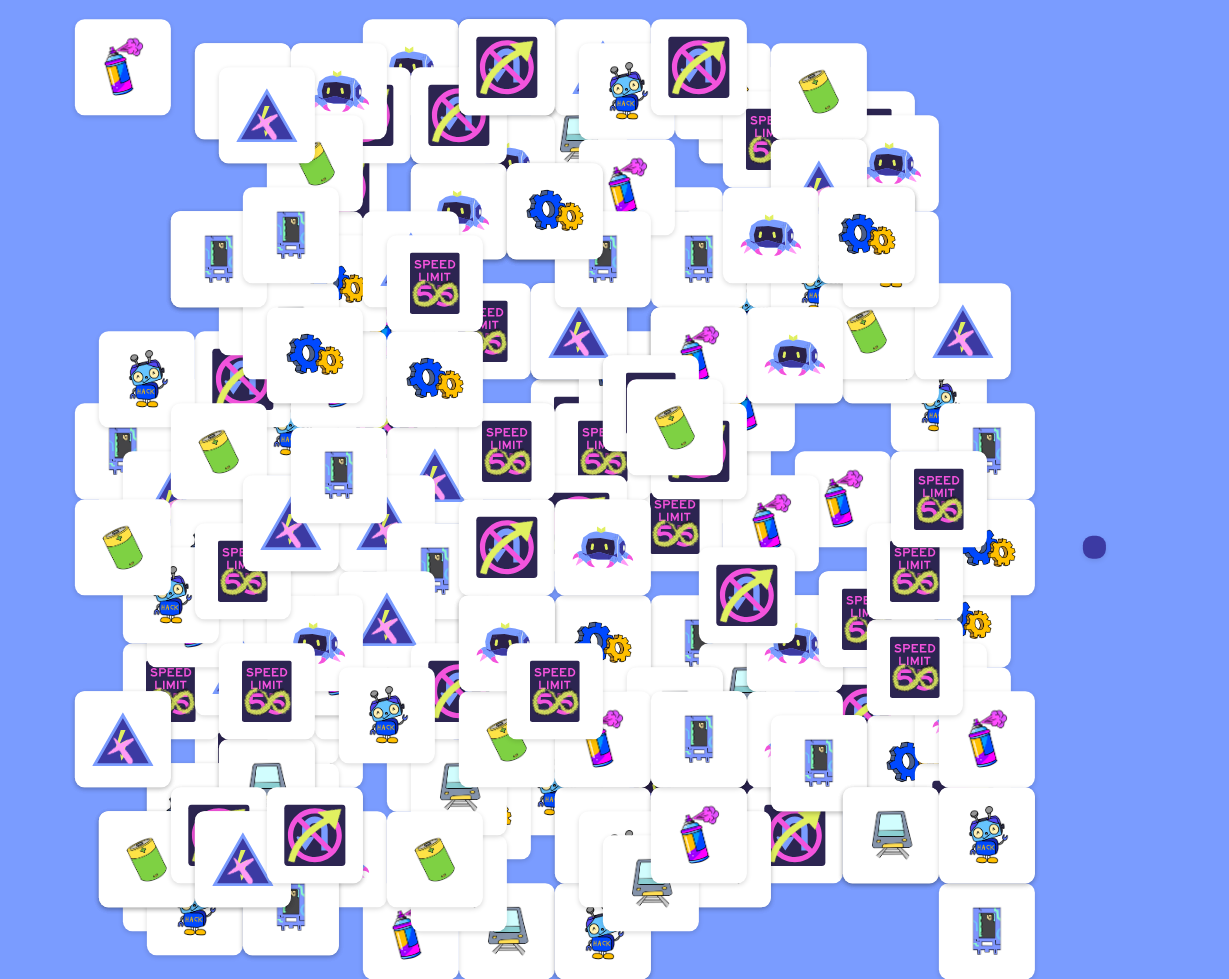
Repository: Avril-Cui/hack-puzzle
Page: / (app in client/)
These files come from the project's save history. The page is drawn as it stood at one moment and after the next save; the edit follows.
The browser window is 1280 px wide. The pictures show the whole page, at 96% of full size.
The project was rebuilt for these pictures with package versions that can differ from the ones it lists, and the page was loaded fresh each time. The framework's server and built-in components were replaced by stand-ins that run in the browser. Also part of the build but not shown: client/next.config.ts.

Above is the page before, as saved 2025-06-11 19:45:06.

### client/app/page.tsx
import Game from "../components/Game";

export default function Home() {
  return (
    <div>
      <Game />
    </div>
  );
}

### client/app/globals.css
@import "tailwindcss";

:root {
  --background: #7A9CFF;
}

@theme inline {
  --color-background: var(--background);
  --color-foreground: var(--foreground);
  --font-sans: var(--font-geist-sans);
  --font-mono: var(--font-geist-mono);
}

@media (prefers-color-scheme: dark) {
  :root {
    --background: #7A9CFF;
  }
}

body {
  background: var(--background);
  color: var(--foreground);
  font-family: Arial, Helvetica, sans-serif;
}

### client/components/Game.tsx
"use client";
import React, { useEffect, useState } from "react";
import styles from "./Game.module.css";

interface Tile {
  id: string;
  x: number;
  y: number;
  z: number;
  status: number;
  isCover: boolean;
  iconName: string;
}

const CELL_SIZE = 100;
const ICONS = ["🍀", "🌈", "⚙️", "🐏", "🐯", "🐤", "📚", "🧠", "💻", "🐼"];

const PuzzleGame: React.FC = () => {
  const [tiles, setTiles] = useState<Tile[]>([]);
  const [queue, setQueue] = useState<Tile[]>([]);

  useEffect(() => {
    fetch("/scene.json")
      .then((res) => res.json())
      .then((data) => {
        setTiles(data);
      });
  }, []);

  const handleClick = (tile: Tile) => {
    if (tile.isCover || tile.status !== 0 || queue.length >= 7) return;
    setQueue((prev) => [...prev, tile]);
    setTiles((prev) =>
      prev.map((t) => (t.id === tile.id ? { ...t, status: 1 } : t))
    );
  };

  const getEmoji = (iconName: string): string => {
    const index = parseInt(iconName.replace("icon_", ""));
    return ICONS[index] || "❓";
  };

  const getIconPath = (iconName: string): string => {
    const extMap: Record<string, string> = {
      icons0: "svg",
      icons1: "png",
      icons2: "png",
      icons3: "png",
      icons4: "svg",
      icons5: "jpg",
      icons6: "jpg",
      icons7: "jpg",
      icons8: "svg",
      icons9: "svg",
    };
    const ext = extMap[iconName] || "png";
    return `/icons/${iconName}.${ext}`;
  };

  return (
    <div className={styles.gameContainer}>
      <div className={styles.tileBoard}>
        {tiles.map((tile) => (
          <div
            key={tile.id}
            className={`${styles.tile} ${tile.isCover ? styles.covered : ""}`}
            style={{
              left: tile.x,
              top: tile.y,
              zIndex: tile.z,
            }}
            onClick={() => handleClick(tile)}
          >
            <div
              className={styles.tileInner}
              style={{ opacity: tile.status < 2 ? 1 : 0 }}
            >
              <img
                src={getIconPath(tile.iconName)}
                alt={tile.iconName}
                className={styles.tileInner}
                style={{ opacity: tile.status < 2 ? 1 : 0 }}
              />
            </div>
          </div>
        ))}
      </div>

      <div className={styles.queueBar}>
        {queue.map((tile) => (
          <div key={tile.id} className={styles.queueTile}>
            <img
              src={getIconPath(tile.iconName)}
              alt={tile.iconName}
              className={styles.tileInner}
              style={{ opacity: tile.status < 2 ? 1 : 0 }}
            />
          </div>
        ))}
      </div>
    </div>
  );
};

export default PuzzleGame;

### client/components/Game.module.css
.gameContainer {
  display: flex;
  justify-content: center;
  align-items: center;
  height: 100vh;
  margin-top: 10em;
}

.tileBoard {
  position: relative;
  width: 1000px;
  height: 900px;
  background-color: transparent; /* remove green board background */
}

.tile {
  position: absolute;
  width: 100px;
  height: 100px;
  background: white;
  border-radius: 10px;
  font-size: 40px;
  display: flex;
  align-items: center;
  justify-content: center;
  transition: transform 0.2s ease, opacity 0.3s ease;
  box-shadow: 0 2px 6px rgba(0, 0, 0, 0.15);
  cursor: pointer;
}

.tileInner {
  width: 100%;
  height: 100%;
  display: flex;
  justify-content: center;
  align-items: center;
  overflow: hidden;
  padding: 10%; /* optional, for consistent inner margin */
}

.tileInner img {
  max-width: 100%;
  max-height: 100%;
  object-fit: contain;
  pointer-events: none;
}

.covered {
  background: #ccc;
  opacity: 0.4;
  pointer-events: none;
}

.queueBar {
  margin-top: 100px;
  display: flex;
  justify-content: center;
  gap: 12px;
  padding: 12px;
  background: #3c3aa3;
  border-radius: 10px;
  box-shadow: 0 2px 6px rgba(0, 0, 0, 0.1);
}

.queueTile {
  width: 100px;
  height: 100px;
  background: white;
  border-radius: 10px;
  font-size: 40px;
  display: flex;
  align-items: center;
  justify-content: center;
  box-shadow: 0 2px 6px rgba(0, 0, 0, 0.1);
}

Loaded but not shown: client/app/layout.tsx (common file); client/public/scene.json (2162 lines, source omitted)

After the next save:
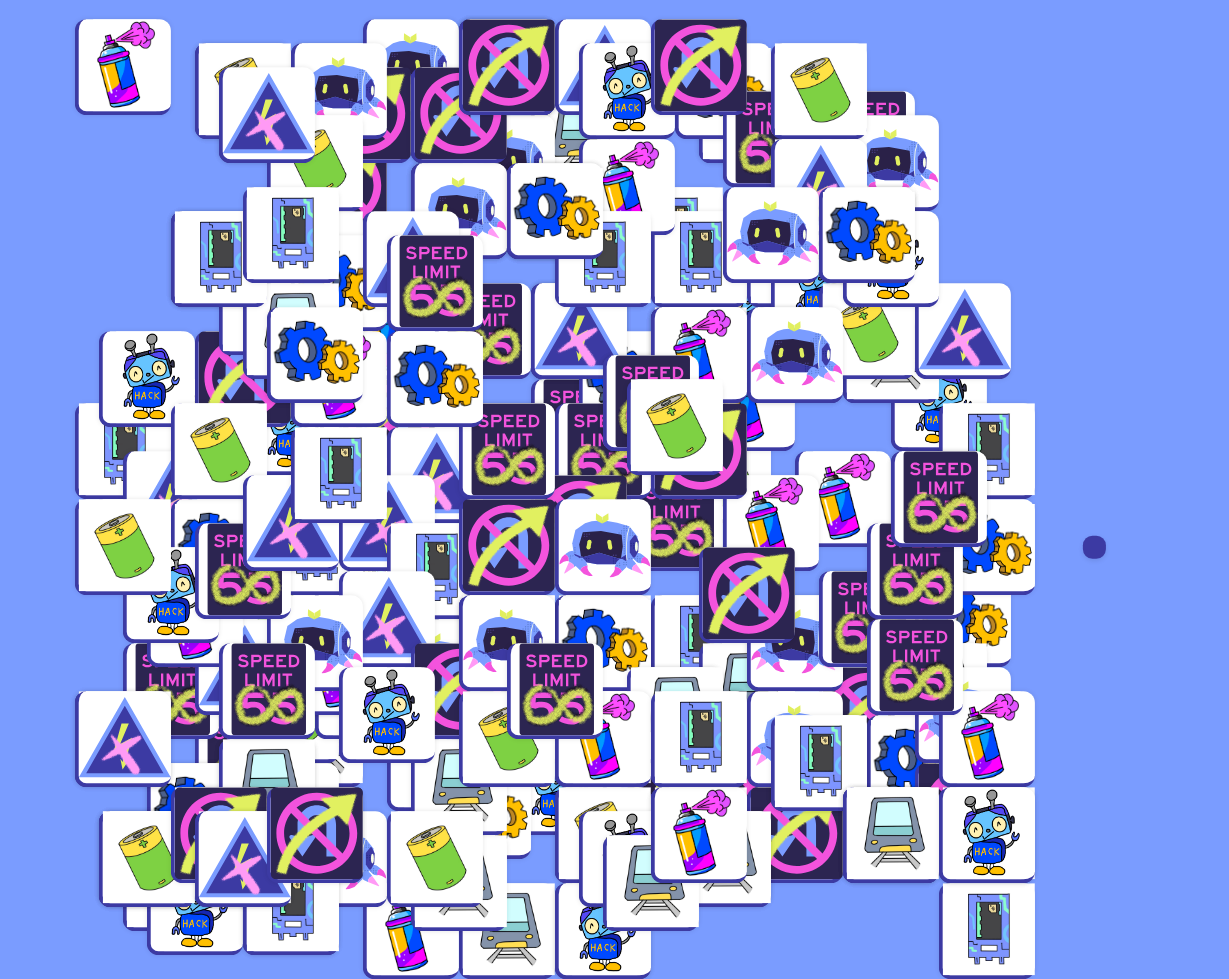
Saved 54 s later.
--- a/client/components/Game.module.css
+++ b/client/components/Game.module.css
@@ -14,37 +14,36 @@
 }
 
 .tile {
-  position: absolute;
-  width: 100px;
-  height: 100px;
-  background: white;
-  border-radius: 10px;
-  font-size: 40px;
-  display: flex;
-  align-items: center;
-  justify-content: center;
-  transition: transform 0.2s ease, opacity 0.3s ease;
-  box-shadow: 0 2px 6px rgba(0, 0, 0, 0.15);
-  cursor: pointer;
-}
+    position: absolute;
+    width: 100px;
+    height: 100px;
+    background-color: white;
+    border-radius: 12px;
+    box-shadow: 0 0 5px rgba(0, 0, 0, 0.1);
+    border-left: 4px solid #3C3AA3;
+    border-bottom: 4px solid #3C3AA3;
+    display: flex;
+    justify-content: center;
+    align-items: center;
+    cursor: pointer;
+    transition: transform 0.1s;
+  }
 
-.tileInner {
-  width: 100%;
-  height: 100%;
-  display: flex;
-  justify-content: center;
-  align-items: center;
-  overflow: hidden;
-  padding: 10%; /* optional, for consistent inner margin */
-}
+  .tileInner {
+    width: 100%;
+    height: 100%;
+    display: flex;
+    justify-content: center;
+    align-items: center;
+    overflow: hidden;
+  }
 
-.tileInner img {
-  max-width: 100%;
-  max-height: 100%;
-  object-fit: contain;
-  pointer-events: none;
-}
-
+  .tileInner img {
+    max-width: 100%;
+    max-height: 100%;
+    object-fit: contain;
+    pointer-events: none;
+  }
 .covered {
   background: #ccc;
   opacity: 0.4;
